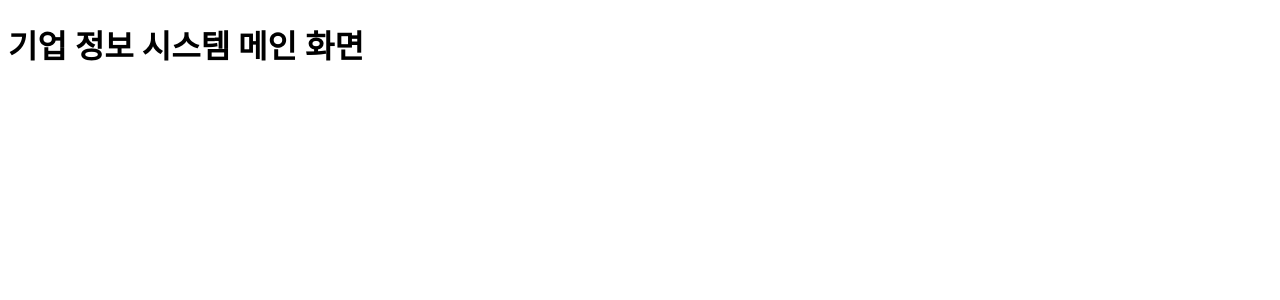
Repository: heyJSH/Study_java_web_sol
Page: http://localhost/jspweb_09/main.jsp
An editor plug-in stored every save of this project. The page is shown before and after the next save, followed by the edit.
The browser window is 1280 px wide. The pictures show the whole page.
The page is served by Tomcat 9.

Above is the page before, as saved 2024-01-15 01:15:01.

After the next save:
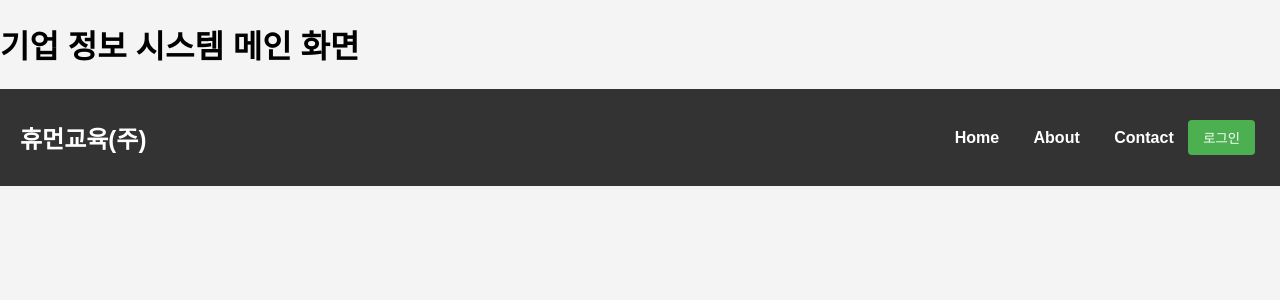
Saved 3 min 50 s later.
--- a/workspace_stsb/jspweb_09/src/main/webapp/main.jsp
+++ b/workspace_stsb/jspweb_09/src/main/webapp/main.jsp
@@ -5,9 +5,72 @@
 <head>
 <meta charset="UTF-8">
 <title>Insert title here</title>
+
+	<style>
+    body {
+      font-family: Arial, sans-serif;
+      margin: 0;
+      padding: 0;
+      background-color: #f4f4f4;
+    }
+
+    .top-menu {
+      background-color: #333;
+      color: #fff;
+      padding: 10px 20px;
+      display: flex;
+      justify-content: space-between;
+      align-items: center;
+    }
+
+    .logo {
+      font-size: 24px;
+      font-weight: bold;
+    }
+
+    .login-menu {
+      display: flex;
+      align-items: center;
+    }
+    .login-menu li {
+        display: inline-block;
+        margin: 5px;
+    }
+
+    .login-menu a {
+      color: #fff;
+      text-decoration: none;
+      margin-left: 20px;
+      font-weight: bold;
+    }
+
+    .login-menu button {
+      background-color: #4caf50;
+      color: #fff;
+      border: none;
+      padding: 8px 15px;
+      border-radius: 4px;
+      cursor: pointer;
+    }
+
+    .login-menu button:hover {
+      background-color: #45a049;
+    }
+  </style>
 </head>
 <body>
 
 	<h1>기업 정보 시스템 메인 화면</h1>
+	 <div class="top-menu">
+    <div class="logo">휴먼교육(주)</div>
+    <div class="login-menu">
+    <ul>
+      <li><a href="#">Home</a></li>
+      <li><a href="#">About</a></li>
+      <li><a href="#">Contact</a></li>
+      <li><button onclick="showLoginModal()">로그인</button></li>
+    </ul>
+    </div>
+  	</div>
 </body>
 </html>
